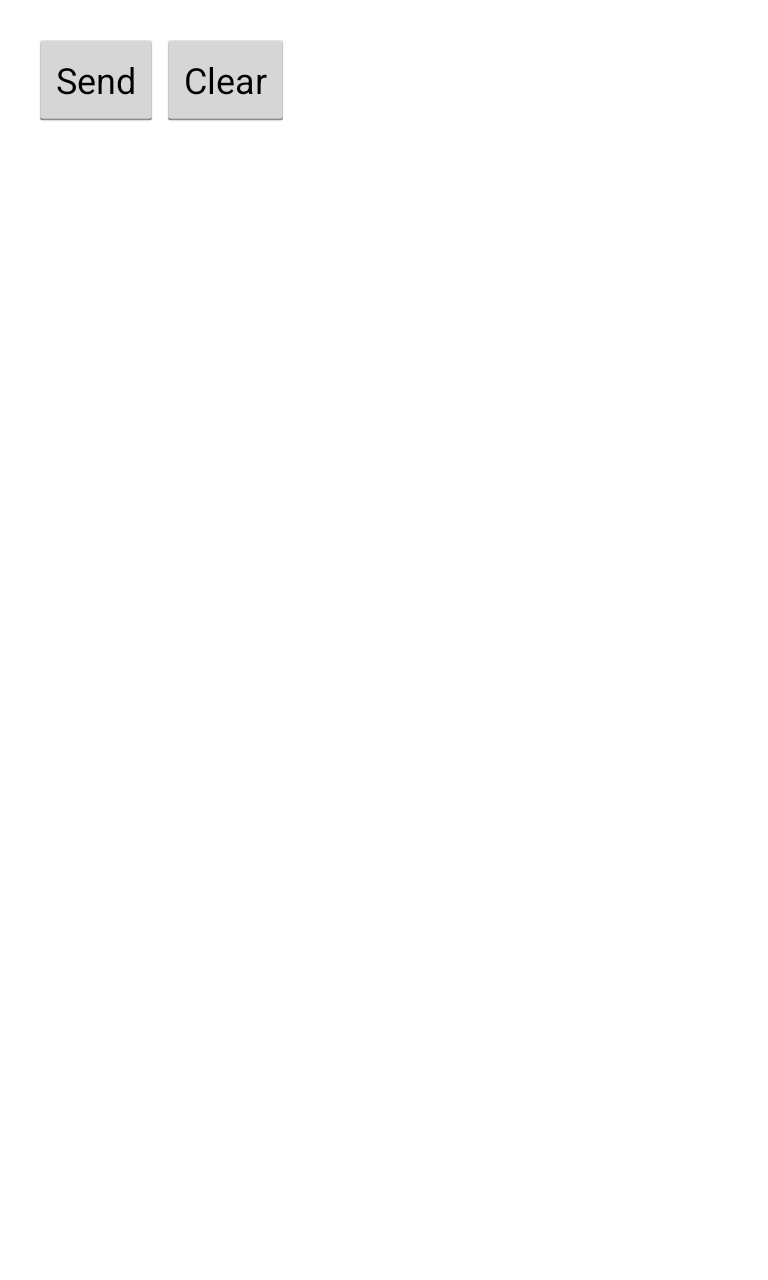
Repository: MICHAELDOVOHORG/mobiledev
Layout: Let'sChat/res/layout/activity_main.xml
An editor plug-in stored every save of this project. The layout is shown before and after the next save, followed by the edit.
It is drawn on a 768 x 1280 px phone screen (xhdpi) without system bars, with theme AppTheme; the app's code is not run.

Above is the layout before, as saved 2014-03-04 05:54:13.

After the next save:
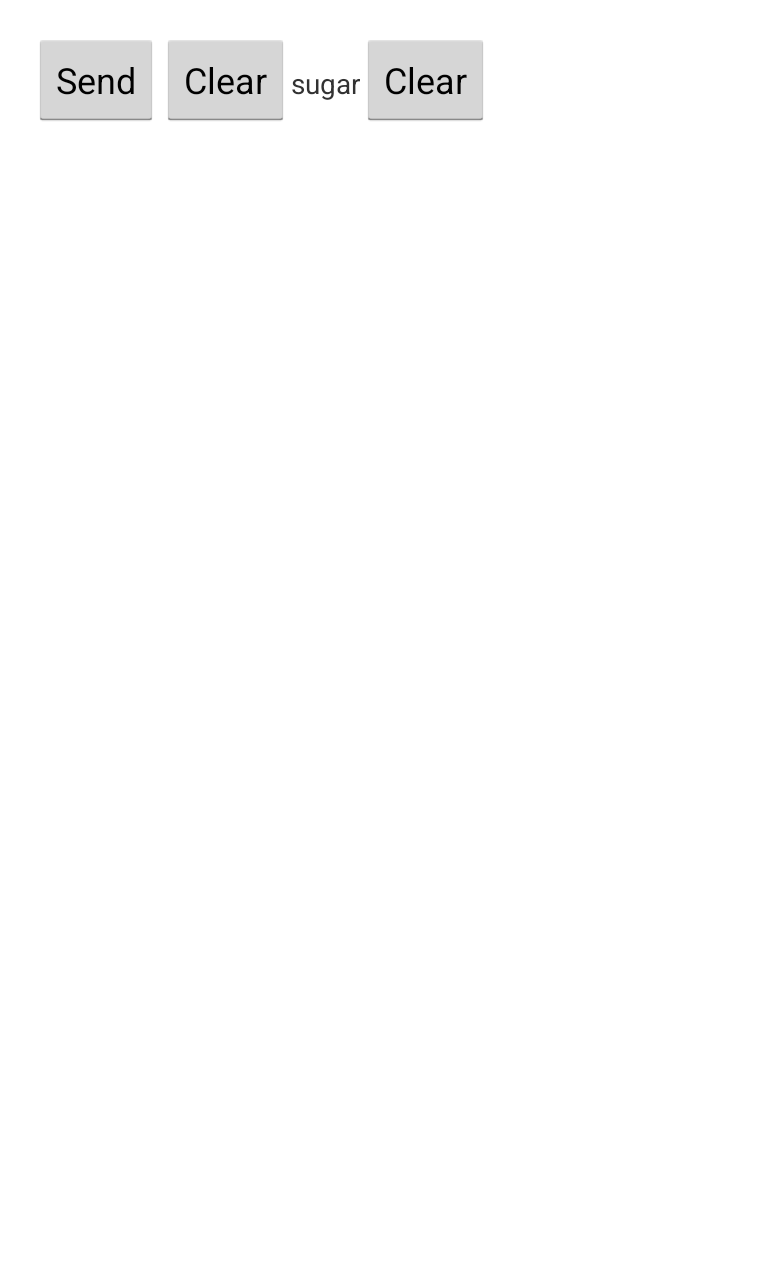
Saved 34 s later.
--- a/Let'sChat/res/layout/activity_main.xml
+++ b/Let'sChat/res/layout/activity_main.xml
@@ -29,6 +29,15 @@
 
     <TextView
         android:id="@+id/sugar"
-        android:text="sugar"/>
+        android:layout_width="wrap_content"
+        android:layout_height="wrap_content"
+        android:text="sugar" />
+
+    <Button
+        android:id="@+id/clear"
+        android:layout_width="wrap_content"
+        android:layout_height="wrap_content"
+        android:text="Clear"
+        android:onClick="sugar" />
 
 </LinearLayout>
